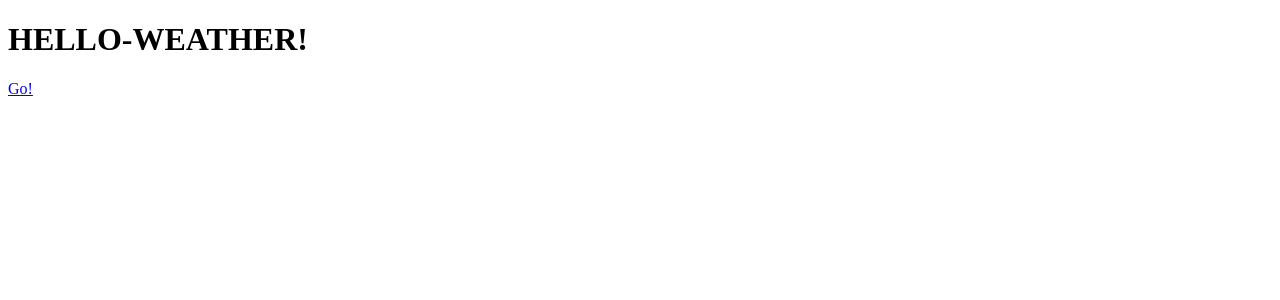
Repository: Jazinha/Hello-kitty-weather
Page: index.html
These files come from the project's save history. The page is drawn as it stood at one moment and after the next save; the edit follows.
The browser window is 1280 px wide. The pictures show the whole page.

Above is the page before, as saved 2023-02-03 19:40:40.

After the next save:
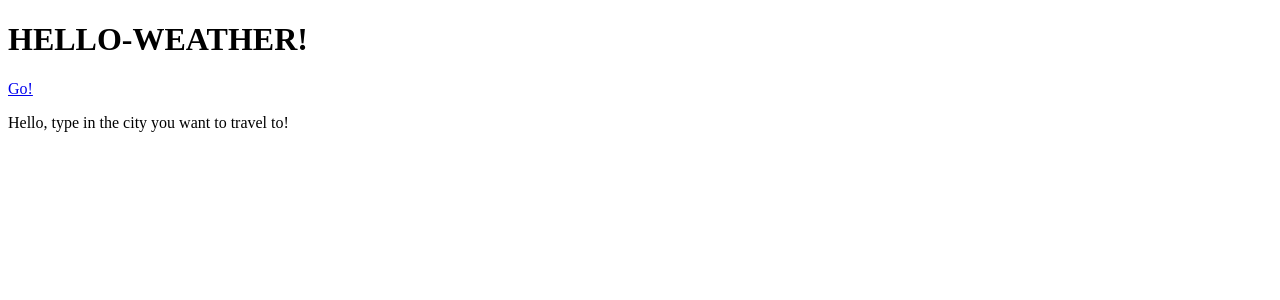
Saved 92 s later.
--- a/index.html
+++ b/index.html
@@ -8,6 +8,7 @@
             <div id="home" class="flex-column flex-center"></div>
             <h1>HELLO-WEATHER!</h1>
             <a href="forecast.html" class="btn">Go!</a>
+            <p>Hello, type in the city you want to travel to!</p>
         </div>
     </body>
 </html>
